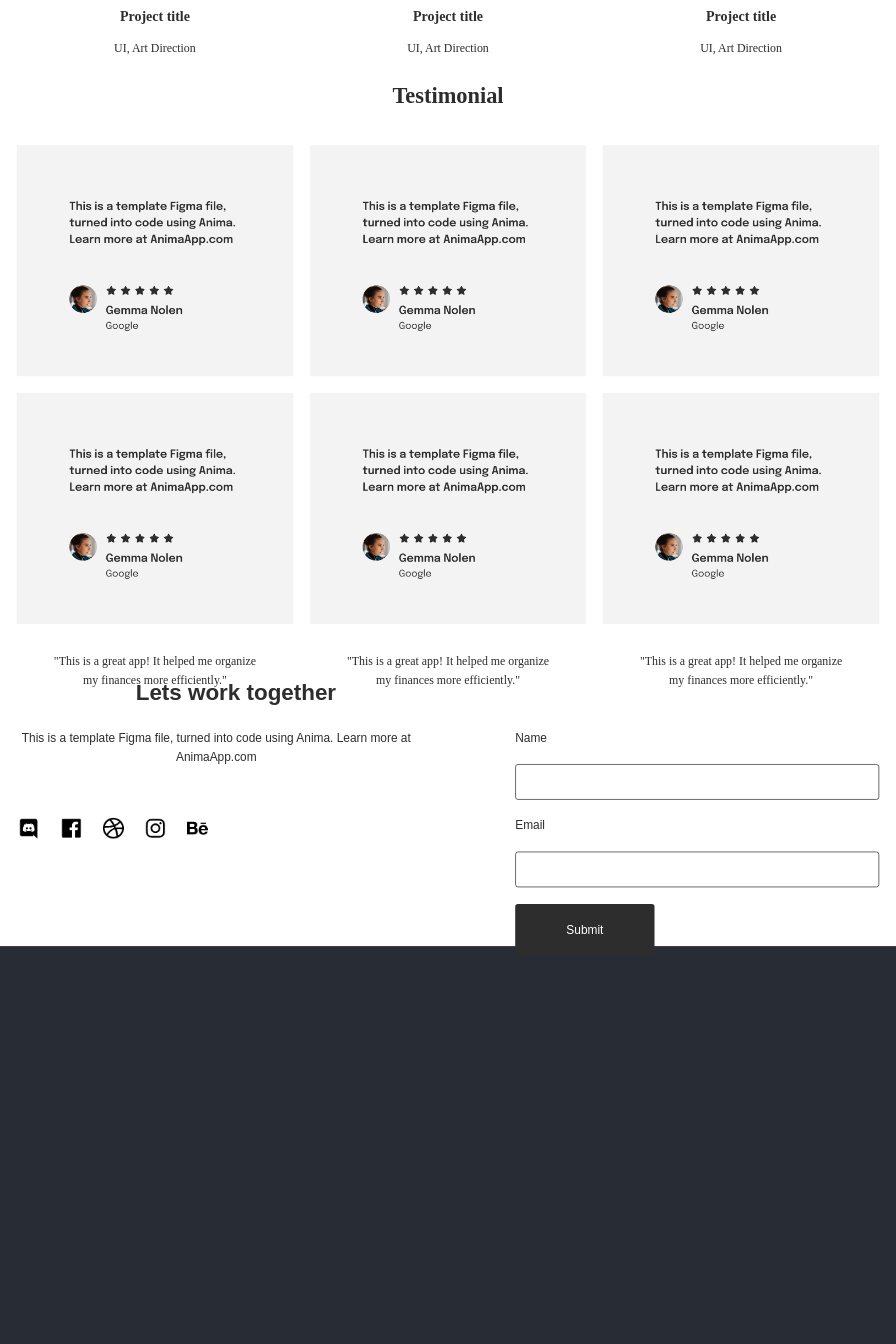
Repository: nida463/project-portofolio
Page: /
An editor plug-in stored every save of this project. The page is shown before and after the next save, followed by the edit.
The browser window is 1280 px wide. The pictures show the part of the page from y = 2041 to 3961 px (the page is 4113 px tall), at 70% of full size.
The project was rebuilt for these pictures with package versions that can differ from the ones it lists, and the page was loaded fresh each time.

Above is the page before, as saved 2024-09-18 11:42:14.

### src/App.js
import React from 'react';
import './App.css';
import Navbar from './Components/Navbar';  // Mengimpor komponen Navbar
import Header from './Components/Header';  // Mengimpor komponen Header
import Logo from './Components/Logo';  // Mengimpor komponen Logo
import Skills from './Components/Skills';  // Mengimpor komponen Skills
import Gallery from './Components/Gallery';  // Import Gallery
import Testimonial from './Components/Testimonial'; // Import testimonial
import Contact from './Components/Contact'; // Pastikan path sesuai dengan lokasi Contact.js

function App() {
  return (
    <div className="App">
      <Navbar />  {/* Panggil komponen Navbar */}
      <Header />  {/* Panggil komponen Header */}
      <Logo />  {/* Panggil komponen Logo */}
      <Skills />  {/* Panggil komponen Skills */}
      <Gallery />  {/* Tambahkan komponen Gallery */}
      <Testimonial /> {/* Tambahkan Testimonial di bawah gallery */}
      <Contact/> {/* Tambahkan Testimonial di bawah gallery */}

      <header className="App-header">
      </header>
    </div>
  );
}

export default App;

### src/Components/Navbar.js
import React from 'react';
import './Navbar.css'; // Mengimpor file CSS untuk Navbar

const Navbar = () => {
  return (
    <nav className="navbar">
      {/* Logo di sebelah kiri */}
      <div className="logo">Logo</div>

      {/* Menu di sebelah kanan */}
      <div className="menu-items">
        <a href="#about">About</a>
        <a href="#work">Work</a>
        <a href="#contact">Contact</a>
      </div>
    </nav>
  );
};

export default Navbar;

### src/Components/Header.js
import React from 'react';
import './Header.css';  // Mengimpor CSS untuk styling

const Header = () => {
  return (
    <div className="header">
      <div className="header-content">
        <div className="title-subtitle">
          <h1>Branding | Image making</h1>
        </div>
        <div className="visual-designer">
          <h2>Visual Designer</h2>
        </div>
        <div className="additional-content">
          <p>This is a template Figma file, turned into code using Anima. Learn more at AnimaApp.com</p>
        </div>
        <button className="header-button">Contact</button>
      </div>
      <div className="header-image">
        <img src="/img/header.png" alt="Header Visual" />
      </div>
    </div>
  );
};

export default Header;

### src/Components/Logo.js
import React from 'react';
import './Logo.css';  // Mengimpor CSS untuk styling

const Logo = () => {
  return (
    <div className="logo-bar">
      <div className="logo">
        <img src="/img/Google.png" alt="Google Logo" />
      </div>
      <div className="logo">
        <img src="/img/Nike.png" alt="Nike Logo" />
      </div>
      <div className="logo">
        <img src="/img/Samsung.png" alt="Samsung Logo" />
      </div>
      <div className="logo">
        <img src="/img/Apple.png" alt="Apple Logo" />
      </div>
      <div className="logo">
        <img src="/img/Adidas.png" alt="Adidas Logo" />
      </div>
    </div>
  );
};

export default Logo;

### src/Components/Skills.js
import React from 'react';
import './Skills.css';

const Skills = () => {
  return (
    <div className="skills-section">
      <div className="skills-container">
        {/* Skill Card 1 */}
        <div className="skills-card">
          <div className="skills-icon">
            <img src="/img/Productimage.png" alt="Product Design Icon" />
          </div>
          <div className="skills-content">
            <h3 className="skills-title">Productimage</h3>
            <p className="skills-subtitle">
              This is a template Figma file, turned into code using Anima. Learn more at AnimaApp.com
            </p>
          </div>
        </div>

        {/* Skill Card 2 */}
        <div className="skills-card">
          <div className="skills-icon">
            <img src="/img/VisualDesign.png" alt="Visual Design Icon" />
          </div>
          <div className="skills-content">
            <h3 className="skills-title">Visual Design</h3>
            <p className="skills-subtitle">
              Designing visuals for digital interfaces with creativity and precision.
            </p>
          </div>
        </div>

        {/* Skill Card 3 */}
        <div className="skills-card">
          <div className="skills-icon">
            <img src="/img/ArtDirection.png" alt="Art Direction Icon" />
          </div>
          <div className="skills-content">
            <h3 className="skills-title">Art Direction</h3>
            <p className="skills-subtitle">
              Guiding visual creativity for compelling visual narratives.
            </p>
          </div>
        </div>
      </div>
    </div>
  );
};

export default Skills;

### src/Components/Gallery.js
import React from 'react';
import './Gallery.css';

const Gallery = () => {
  return (
    <div className="gallery-container">
      <h2 className="latest-work">Latest work</h2> {/* Judul di atas gallery */}
      <div className="gallery-section">
        {[
          { id: 1, title: 'Project title ', subtitle: 'UI, Art Direction', image: '/img/Image1.png' },
          { id: 2, title: 'Project title ', subtitle: 'UI, Art Direction', image: '/img/Image2.png' },
          { id: 3, title: 'Project title ', subtitle: 'UI, Art Direction', image: '/img/Image3.png' },
          { id: 4, title: 'Project title ', subtitle: 'UI, Art Direction', image: '/img/Image4.png' },
          { id: 5, title: 'Project title ', subtitle: 'UI, Art Direction', image: '/img/Image5.png' },
          { id: 6, title: 'Project title ', subtitle: 'UI, Art Direction', image: '/img/Image6.png' }
        ].map((item) => (
          <div key={item.id} className="gallery-card">
            <img src={item.image} alt={item.title} className="gallery-image" />
            <div className="gallery-text">
              <h3>{item.title}</h3> {/* Title per card */}
              <p>{item.subtitle}</p> {/* Subtitle per card */}
            </div>
          </div>
        ))}
      </div>
    </div>
  );
};

export default Gallery;

### src/Components/Testimonial.js
import React from 'react';
import './Testimonial.css';

const Testimonial = () => {
  return (
    <div className="testimonial-section">
      <h2 className="testimonial-title">Testimonial</h2>
      <div className="testimonial-cards">
        {[...Array(6)].map((_, index) => (
          <div key={index} className="testimonial-card">
            <img src="img/testimonial.png" alt="Testimonial" className="testimonial-image" />
            <p className="testimonial-text">
              "This is a great app! It helped me organize my finances more efficiently."
            </p>
          </div>
        ))}
      </div>
    </div>
  );
};

export default Testimonial;

### src/Components/Contact.js
// src/components/Contact.js
import React from 'react';
import './Contact.css'; // Import CSS untuk Contact

const Contact = () => {
  return (
    <section className="contact-section">
      <h2 className="contact-title">Lets work together</h2>
      <div className="contact-content">
        <div className="contact-info">
          <p className="contact-description">
            This is a template Figma file, turned into code using Anima. Learn more at AnimaApp.com
          </p>
          <div className="social-links">
            <img src="/img/discord.png" alt="Discord" className="social-icon" />
            <img src="/img/facebook.png" alt="Facebook" className="social-icon" />
            <img src="/img/dribble.png" alt="Dribble" className="social-icon" />
            <img src="/img/instagram.png" alt="Instagram" className="social-icon" />
            <img src="/img/behance.png" alt="Behance" className="social-icon" />
          </div>
        </div>
        <div className="contact-form">
          <label htmlFor="name">Name</label>
          <input type="text" id="name" name="name" required />

          <label htmlFor="email">Email</label>
          <input type="email" id="email" name="email" required />

          <button type="submit" className="contact-button">Submit</button>
        </div>
      </div>
    </section>
  );
};

export default Contact;

### src/Components/Navbar.css
/* Navigation Bar */
.navbar {
    display: flex;
    flex-direction: row;
    justify-content: space-between;
    align-items: center;
    padding: 24px 42px;
    gap: 24px;

    width: 1280px;
    height: 78px;

    background: #FFFFFF;
  }

  /* Logo di kiri */
  .logo {
    width: 49px;
    height: 30px;
    font-size: 24px;
    font-weight: 600;
    color: #000000;
  }

  /* Menu Items di kanan */
  .menu-items {
    display: flex;
    flex-direction: row;
    justify-content: flex-end;
    align-items: flex-start;
    gap: 24px;

    width: 209px;
    height: 27px;
  }

  /* Link untuk setiap menu item */
  .menu-items a {
    font-size: 18px;
    font-weight: 400;
    color: #000000;
    text-decoration: none;
  }

  .menu-items a:hover {
    color: #444444;
  }

### src/Components/Header.css
/* General styles for the header */
.header {
    width: 1280px; /* Fill width */
    height: auto; /* Hug height */
    padding: 42px 24px;
    display: flex;
    justify-content: space-between; /* Content and image on both ends */
    gap: 68px;
    background-color: #FFFFFF;
    opacity: 1;
  }

  /* Header content styling */
  .header-content {
    width: 620px; /* Fixed width for content */
    height: auto; /* Hug height */
    display: flex;
    flex-direction: column;
    gap: 48px;
  }

  /* Title and Subtitle styling */
  .title-subtitle {
    width: 620px;
    height: 30px;
    font-family: Epilogue, sans-serif;
    font-size: 20px;
    font-weight: 600;
    line-height: 30px;
    text-align: left;
  }

  .visual-designer {
    width: 620px;
    font-family: Epilogue, sans-serif;
    font-size: 68px;
    font-weight: 600;
    line-height: 69.7px;
    text-align: left;
  }

  .additional-content {
    width: 620px;
    font-family: Epilogue, sans-serif;
    font-size: 17px;
    font-weight: 400;
    text-align: left;
  }

  /* Button styling */
  .header-button {
    padding: 24px 64px;
    font-family: Epilogue, sans-serif;
    font-size: 20px;
    font-weight: 600;
    text-align: center;
    background-color: #2D2D2D;
    color: #FFFFFF;
    border: none;
    cursor: pointer;
    width: 211px;
    height: 78px;
  }

  .header-button:hover {
    background-color:
      #444444;
  }

  /* Header image styling */
  .header-image {
    width: 480px;
    height: 360px;
  }

  .header-image img {
    width: 100%;
    height: 100%;
    object-fit: cover;
  }

### src/Components/Logo.css
/* Logo Bar */
.logo-bar {
    display: flex;
    flex-direction: row;
    flex-wrap: wrap;
    justify-content: space-between;
    align-items: center;
    align-content: flex-start;
    padding: 42px 68px;
    gap: 68px 86px;

    width: 1280px;
    height: 130.83px;

    background: #FFFFFF;
  }

  /* Styling untuk setiap logo */
  .logo {
    display: flex;
    justify-content: center;
    align-items: center;
    width: auto;
    height: auto;
    padding: 0px; /* Tidak ada padding di dalam logo */
  }

  /* Ukuran spesifik untuk logo */
  .logo img {
    width: 116.07px;
    height: 38.21px;
    object-fit: contain; /* Menjaga aspek rasio gambar */
  }

### src/Components/Skills.css
/* Section styling */
.skills-section {
    display: flex;
    flex-direction: column;
    align-items: center;
    padding: 42px 24px;
    gap: 42px;
    width: 1280px;
    height: auto;
    background: #FFFFFF;
  }

  .section-title {
    font-size: 32px;
    font-weight: 700;
  }

  /* Cards container styling */
  .skills-container {
    display: flex;
    flex-wrap: wrap;
    align-items: flex-start;
    gap: 24px;
    width: 1232px;
    height: 429px;
  }

  /* Individual card styling */
  .skills-card {
    display: flex;
    flex-direction: column;
    justify-content: center;
    align-items: center;
    padding: 64px 42px;
    gap: 42px;
    width: 394.67px;
    height: 429px;
    background: #FFFFFF;
    box-shadow: 0px 4px 16px rgba(0, 0, 0, 0.1);
    border-radius: 8px;
  }

  /* Icon styling */
  .skills-icon img {
    width: 124px;
    height: 124px;
    object-fit: contain;
  }

  /* Title styling */
  .skills-title {
    font-size: 24px;
    font-weight: 600;
    text-align: center;
  }

  /* Subtitle styling */
  .skills-subtitle {
    font-size: 16px;
    text-align: center;
  }

### src/Components/Gallery.css
/* Container untuk Gallery */
.gallery-container {
    display: flex;
    flex-direction: column;
    align-items: center;
    padding: 0;
    gap: 32px; /* Jarak antara judul dan gallery */
    width: 100%;
}

/* Latest work */
.latest-work {
    width: 191px;
    height: 42px;
    font-family: 'Epilogue';
    font-style: normal;
    font-weight: 600;
    font-size: 32px;
    line-height: 42px;
    text-align: center;
    color: #2D2D2D;
}

/* Gallery Section */
.gallery-section {
    display: flex;
    flex-direction: row;
    flex-wrap: wrap;
    justify-content: space-between;
    align-items: flex-start;
    padding: 0px;
    gap: 24px;
    width: 1232px;
    height: auto;
}

/* Gallery Card */
.gallery-card {
    display: flex;
    flex-direction: column;
    align-items: flex-start;
    padding: 0px;
    gap: 24px;
    width: 394.67px;
    height: 419px;
    flex: none;
    order: 0;
    flex-grow: 1;
}

/* Gallery Image */
.gallery-image {
    width: 100%;
    height: auto;
    object-fit: cover;
}

/* Title & Description */
.gallery-text {
    display: flex;
    flex-direction: column;
    align-items: flex-start;
    padding: 0px;
    gap: 8px;
    width: 394.67px;
    height: 65px;
    flex: none;
    order: 1;
    align-self: stretch;
    flex-grow: 0;
}

/* Project Title */
.gallery-text h3 {
    width: 394.67px;
    height: 30px;
    font-family: 'Epilogue';
    font-style: normal;
    font-weight: 600;
    font-size: 20px;
    line-height: 30px;
    color: #2D2D2D;
}

/* Subtitle */
.gallery-text p {
    width: 394.67px;
    height: 27px;
    font-family: 'Epilogue';
    font-style: normal;
    font-weight: 400;
    font-size: 17px;
    line-height: 27px;
    color: #2D2D2D;
}

### src/Components/Testimonial.css
/* Testimonial Section */
.testimonial-section {
    display: flex;
    flex-direction: column;
    align-items: center;
    padding: 42px 24px;
    gap: 42px;
    width: 1280px;
    height: 852px;
    background: #FFFFFF;
    flex: none;
    order: 5;
    align-self: stretch;
    flex-grow: 0;
}

/* Testimonial Title */
.testimonial-title {
    width: 186px;
    height: 42px;
    font-family: 'Epilogue';
    font-style: normal;
    font-weight: 600;
    font-size: 32px;
    line-height: 42px;
    text-align: center;
    color: #2D2D2D;
    flex: none;
    order: 0;
    flex-grow: 0;
}

/* Cards Section */
.testimonial-cards {
    display: flex;
    flex-direction: row;
    flex-wrap: wrap;
    align-items: flex-start;
    align-content: flex-start;
    padding: 0px;
    gap: 24px;
    width: 1232px;
    height: 684px;
    flex: none;
    order: 1;
    align-self: stretch;
    flex-grow: 0;
}

/* Testimonial Card */
.testimonial-card {
    display: flex;
    flex-direction: column;
    align-items: flex-start;
    padding: 42px;
    gap: 68px;
    width: 394.67px;
    min-width: 320px;
    height: 330px;
    background: #F3F3F3;
    flex: none;
    order: 0;
    flex-grow: 1;
}

/* Testimonial Image */
.testimonial-image {
    width: 100%;
    height: auto;
    object-fit: cover;
}

/* Testimonial Text */
.testimonial-text {
    font-family: 'Epilogue';
    font-style: normal;
    font-weight: 400;
    font-size: 17px;
    line-height: 27px;
    color: #2D2D2D;
    flex: none;
    order: 1;
    align-self: stretch;
    flex-grow: 0;
}

### src/Components/Contact.css
/* src/components/Contact.css */

/* Contact Section */
.contact-section {
    display: flex;
    flex-direction: column;
    align-items: flex-start;
    padding: 42px 24px 86px;
    gap: 24px;
    width: 1280px;
    height: 426px;
    background: #FFFFFF;
  }

  /* Lets work together */
  .contact-title {
    width: 626px;
    height: 42px;
    font-family: 'Epilogue', sans-serif;
    font-style: normal;
    font-weight: 600;
    font-size: 32px;
    line-height: 42px;
    color: #2D2D2D;
  }

  /* Contact Content */
  .contact-content {
    display: flex;
    flex-direction: row;
    flex-wrap: wrap;
    align-items: flex-start;
    align-content: flex-start;
    padding: 0px;
    gap: 42px 142px;
    width: 1232px;
    height: 232px;
  }

  /* Contact Info */
  .contact-info {
    display: flex;
    flex-direction: column;
    align-items: flex-start;
    padding: 0px;
    gap: 42px;
    width: 570px;
    min-width: 320px;
    height: 159px;
  }

  /* Contact Description */
  .contact-description {
    width: 570px;
    height: 81px;
    font-family: 'Epilogue', sans-serif;
    font-style: normal;
    font-weight: 400;
    font-size: 17px;
    line-height: 27px;
    color: #2D2D2D;
  }

  /* Social Links */
  .social-links {
    display: flex;
    flex-direction: row;
    align-items: flex-start;
    padding: 0px;
    gap: 24px;
    width: 570px;
    height: auto;
  }

  .social-icon {
    width: 36px;
    height: 36px;
  }

  /* Contact Form */
  .contact-form {
    display: flex;
    flex-direction: column;
    align-items: flex-start;
    padding: 0px;
    gap: 24px;
    width: 520px;
    min-width: 320px;
    max-width: 520px;
    height: 232px;
  }

  .contact-form label {
    font-family: 'Epilogue', sans-serif;
    font-style: normal;
    font-weight: 400;
    font-size: 17px;
    color: #2D2D2D;
  }

  .contact-form input {
    width: 100%;
    padding: 12px;
    border: 1px solid #2D2D2D;
    border-radius: 4px;
    font-family: 'Epilogue', sans-serif;
    font-size: 17px;
  }

  .contact-button {
    display: flex;
    flex-direction: row;
    justify-content: center;
    align-items: center;
    padding: 24px 64px;
    gap: 10px;
    width: 199px;
    height: 78px;
    background: #2D2D2D;
    color: #FFFFFF;
    border: none;
    border-radius: 4px;
    font-family: 'Epilogue', sans-serif;
    font-size: 17px;
    cursor: pointer;
  }

  .contact-button:hover {
    background: #1a1a1a;
  }

Loaded but not shown: public/index.html (common file); src/index.js (common file); src/index.css (common file); src/reportWebVitals.js (common file); src/App.css (common file)

After the next save:
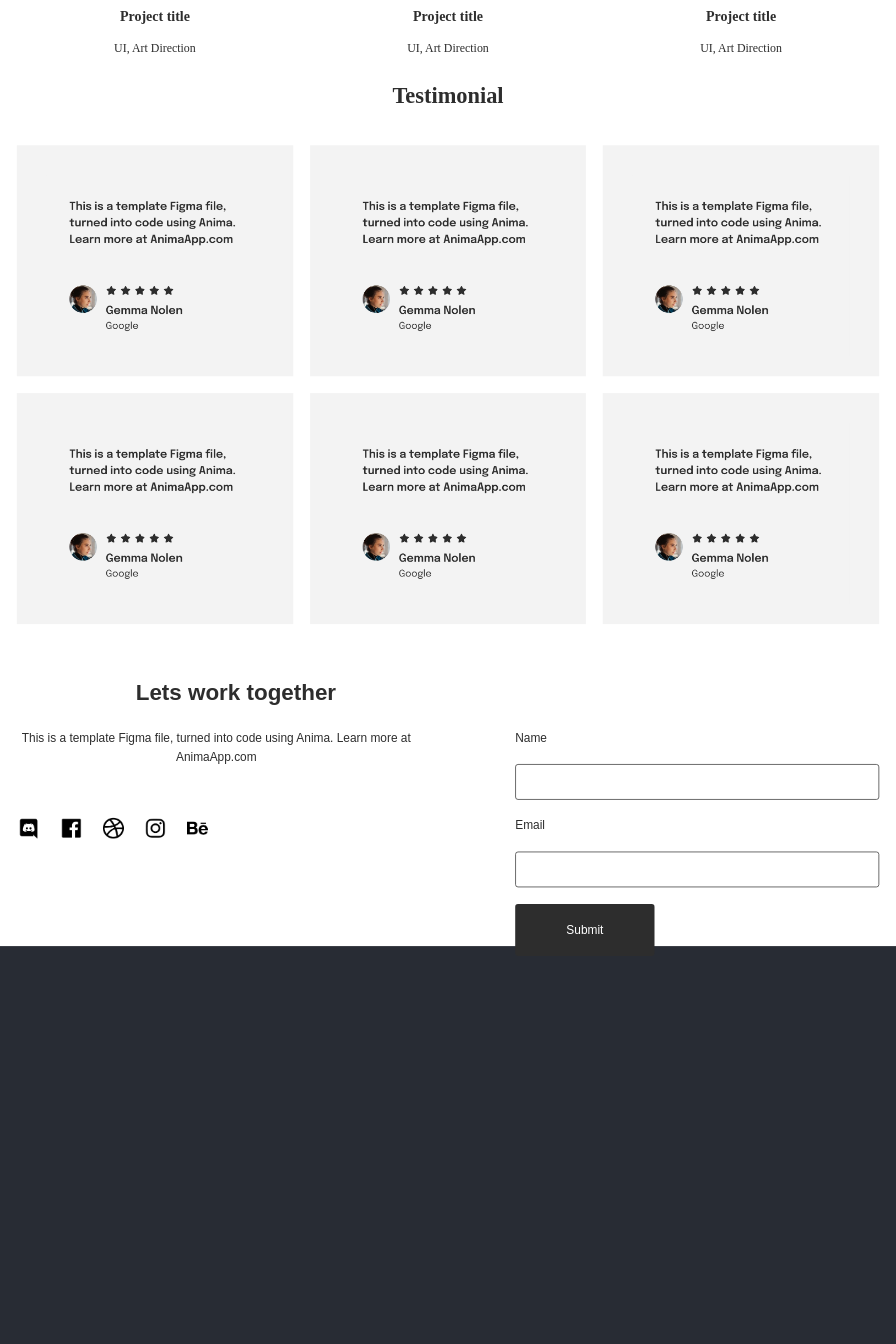
Saved 90 s later.
--- a/src/Components/Testimonial.js
+++ b/src/Components/Testimonial.js
@@ -9,9 +9,6 @@
         {[...Array(6)].map((_, index) => (
           <div key={index} className="testimonial-card">
             <img src="img/testimonial.png" alt="Testimonial" className="testimonial-image" />
-            <p className="testimonial-text">
-              "This is a great app! It helped me organize my finances more efficiently."
-            </p>
           </div>
         ))}
       </div>
